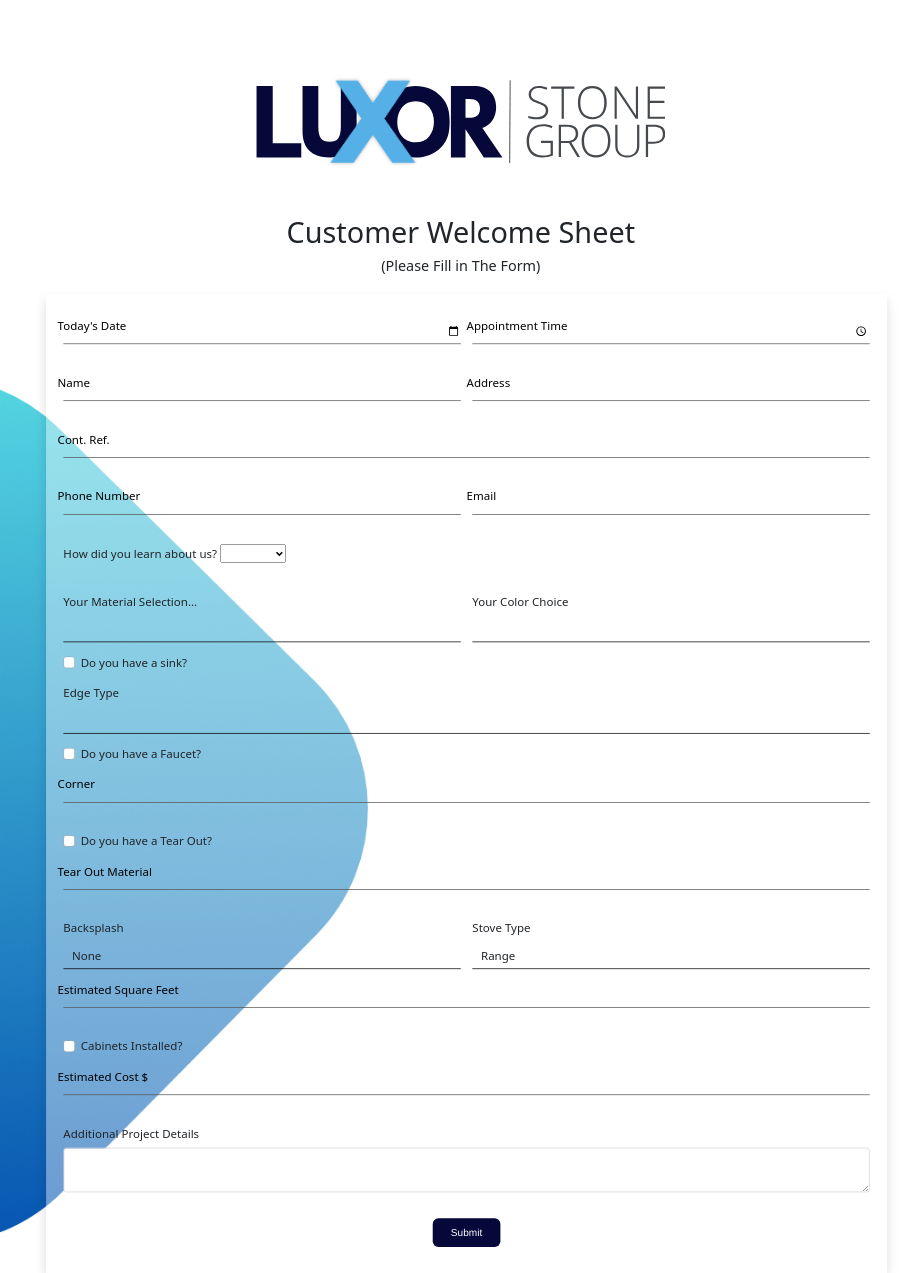
Repository: aya7abbal/Luxor-Customer-Form
Page: index.html
These files come from the project's save history. The page is drawn as it stood at one moment and after the next save; the edit follows.
The browser window is 1280 px wide. The pictures show the whole page, at 72% of full size.
The style sheet was rebuilt from its Sass, Less or Tailwind sources for each picture, by a compiler version that may differ from the author's.

Above is the page before, as saved 2023-10-21 12:28:35.

After the next save:
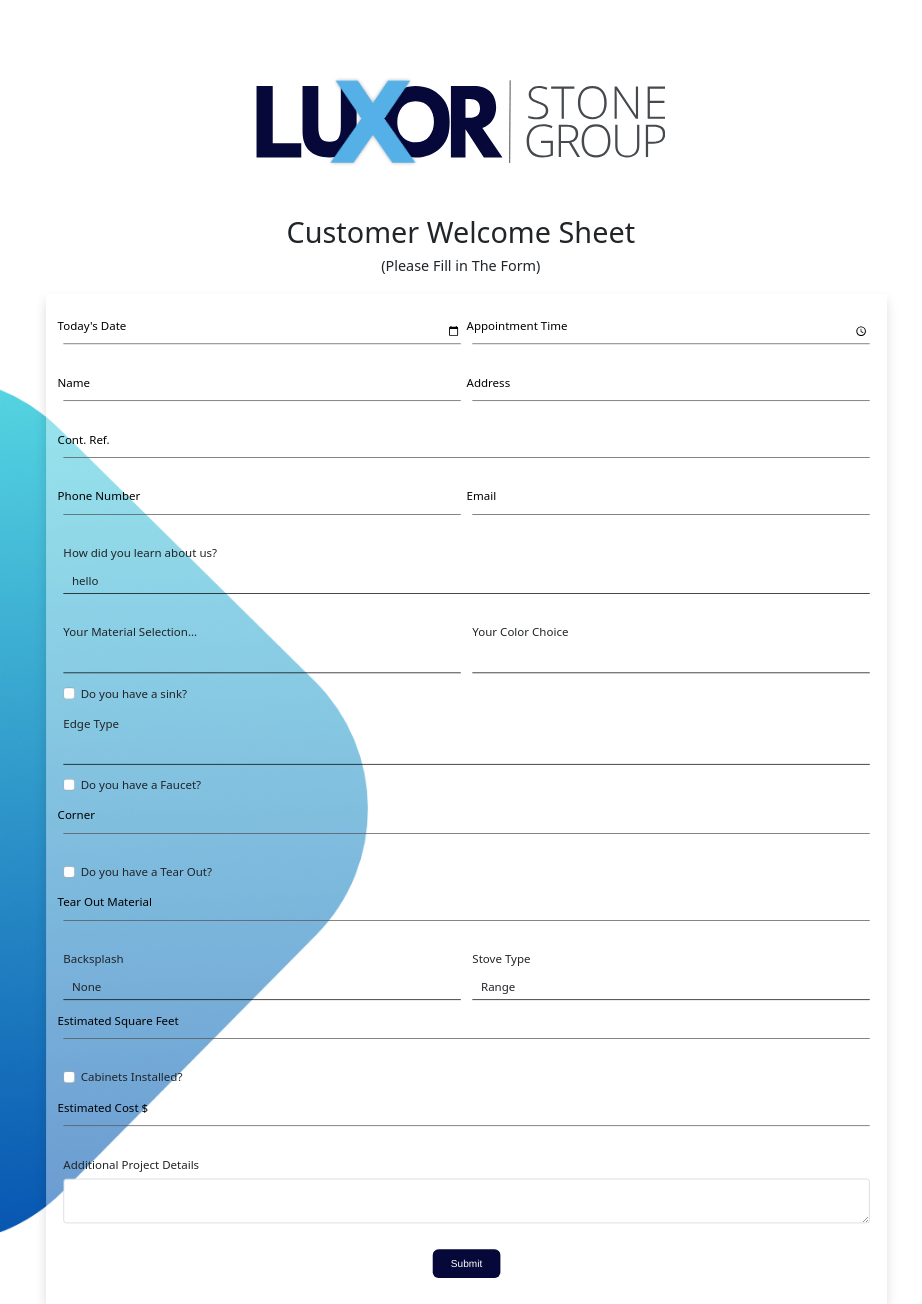
Saved 11 s later.
--- a/index.html
+++ b/index.html
@@ -86,8 +86,9 @@
           <label for="learnHow" class="form-label"
             >How did you learn about us?</label
           >
-          <select id="learnHow" class="custom-select input-container">
-            <option > </option>
+          <select id="learnHow" class="form-select input-container">
+            <option > hello</option>
+
             <option > hello</option>
             <option>answer 2</option>
           </select>
